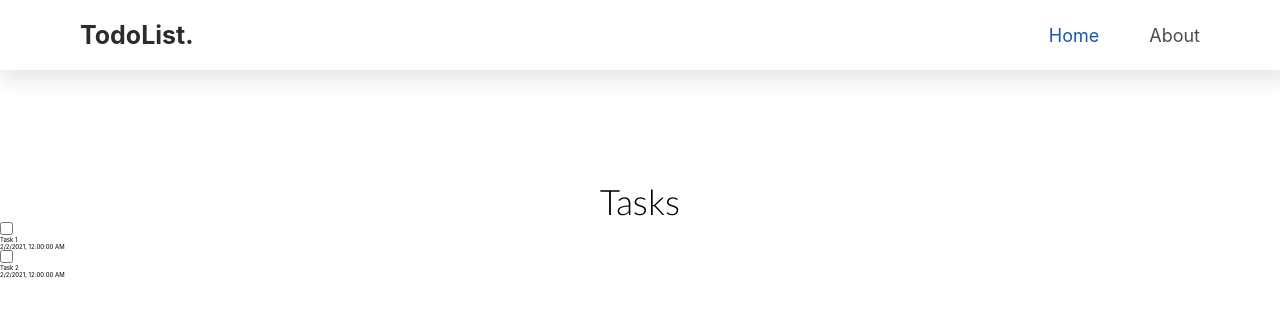
Repository: dqhuy153/react-todoList
Page: /
The author's editor kept a copy of each file at every save. The page is drawn from the files as they stood at one save, then again after the next save.
The browser window is 1280 px wide. The pictures show the whole page.
The project was rebuilt for these pictures with package versions that can differ from the ones it lists, and the page was loaded fresh each time. Also part of the build but not shown: src/components/UI/LoadingSpinner.module.scss, src/components/todos/TodoItem.module.scss, src/components/todos/TodoList.module.scss.

Above is the page before, as saved 2021-09-16 20:23:41.

### src/App.js
import React, { Suspense } from 'react';
import { Switch, Route } from 'react-router-dom';

import './App.css';
import Layout from './components/layout/Layout';
import LoadingSpinner from './components/UI/LoadingSpinner';

const Home = React.lazy(() => import('./components/pages/Home'));
const About = React.lazy(() => import('./components/pages/About'));

function App() {
  return (
    <Layout>
      <Suspense
        fallback={
          <div className="centered">
            <LoadingSpinner />
          </div>
        }
      >
        <Switch>
          <Route path="/" exact>
            <Home />
          </Route>
          <Route path="/about">
            <About />
          </Route>
          {/* <Route path="/products" exact>
          <Products />
        </Route>
        <Route path="/products/:productId">
          <ProductDetail />
        </Route> */}
        </Switch>
      </Suspense>
    </Layout>
  );
}

export default App;

### src/App.css
@import url('https://fonts.googleapis.com/css2?family=Lato:ital,wght@0,100;0,300;0,400;0,700;0,900;1,100;1,300;1,400;1,700;1,900&display=swap');

* {
  box-sizing: border-box;
  font-size: 62.5%;
  padding: 0;
  margin: 0;
}

.centered {
  margin: 3rem auto;
  text-align: center;
  display: flex;
  justify-content: center;
  align-items: center;
}

### src/components/layout/Layout.js
import React, { Fragment } from 'react';
import AppNavigation from './AppNavigation';

import styles from './Layout.module.scss';

export default function Layout(props) {
  return (
    <Fragment>
      <AppNavigation logoTitle="TodoList." />
      <main className={styles.main}>{props.children}</main>
    </Fragment>
  );
}

### src/components/UI/LoadingSpinner.js
import styles from './LoadingSpinner.module.scss';

const LoadingSpinner = () => {
  return <div className={styles.spinner}></div>;
};

export default LoadingSpinner;

### src/components/pages/Home.js
import React from 'react';
import TodoList from '../todos/TodoList';

import styles from './Home.module.scss';

const todoList = [
  {
    id: 1,
    title: 'Task 1',
    date: new Date('2/2/2021'),
    status: 0,
  },
  {
    id: 2,
    title: 'Task 2',
    date: new Date('2/2/2021'),
    status: 1,
  },
];

export default function Home(props) {
  return (
    <div className={styles.container}>
      <h1>Tasks</h1>
      <TodoList items={todoList} />
    </div>
  );
}

### src/components/layout/AppNavigation.js
import React from 'react';
import { NavLink } from 'react-router-dom';

import styles from './AppNavigation.module.scss';

export default function AppNavigation({ logoTitle = 'Demo.', ...props }) {
  return (
    <header className={styles.header}>
      <div className={styles.logo}>{logoTitle}</div>
      <nav>
        <ul>
          <li>
            <NavLink to="/" exact activeClassName={styles.active}>
              Home
            </NavLink>
          </li>
          <li>
            <NavLink to="/about" activeClassName={styles.active}>
              About
            </NavLink>
          </li>
        </ul>
      </nav>
    </header>
  );
}

### src/components/todos/TodoList.js
import React from 'react';
import TodoItem from './TodoItem';

import styles from './TodoList.module.scss';

export default function TodoList({ items, onChange, ...props }) {
  return (
    <ul className={styles.container}>
      {items.map((item) => (
        <li key={item.id}>
          <TodoItem
            id={item.id}
            title={item.title}
            date={item.date}
            status={item.status}
            checked={item.status}
            onChange={onChange}
          />
        </li>
      ))}
    </ul>
  );
}

### src/components/pages/Home.module.scss
.container {
  padding: 18rem 0;

  h1 {
    text-align: center;
    font-family: 'Lato', sans-serif;
    font-weight: 300;
    font-size: 3.5rem;
  }
}

### src/components/layout/AppNavigation.module.scss
.header {
  width: 100%;
  height: 7rem;
  display: flex;
  align-items: center;
  justify-content: space-between;
  background-color: #ffffff;
  padding: 0 8rem;
  box-shadow: 5px 5px 20px 5px rgba(0, 0, 0, 0.1);
  position: fixed;
}

.logo {
  font-size: 2.5rem;
  color: rgb(44, 44, 44);
  font-weight: bold;
}

.header ul {
  list-style: none;
  margin: 0;
  padding: 0;
  display: flex;
  align-items: baseline;
}

.header li {
  margin-left: 5rem;
}

.header a {
  text-decoration: none;
  font-size: 1.8rem;
  color: #4b4b4b;
}

.header a:hover,
.header a:active,
.header a.active {
  color: rgb(28, 83, 184);
}

### src/components/todos/TodoItem.js
import React, { useState } from 'react';

import styles from './TodoItem.module.scss';

export default function TodoItem({
  id,
  title,
  date,
  status,
  onStatusChange,
  ...props
}) {
  const [checked, setChecked] = useState(false);

  const handleChange = (e) => {
    setChecked(e.target.checked);
    onStatusChange(id);
  };

  return (
    <div className={styles.container}>
      <input type="checkbox" checked={checked} onChange={handleChange} />
      <p>{title}</p>
      <p>{date.toLocaleString()}</p>
    </div>
  );
}

Loaded but not shown: public/index.html (common file); src/index.js (common file); src/index.css (common file); src/reportWebVitals.js (common file); src/components/layout/Layout.module.scss (no stored copy; drawn as an empty file)

After the next save:
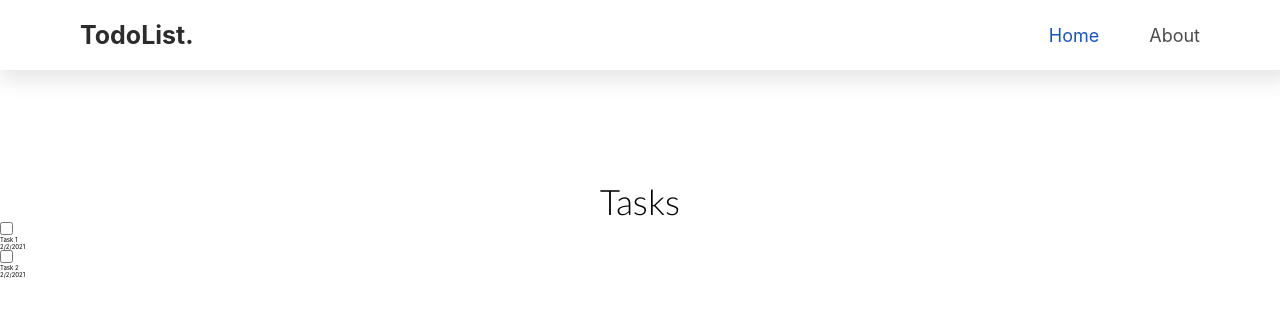
Saved 11 s later.
--- a/src/components/todos/TodoItem.js
+++ b/src/components/todos/TodoItem.js
@@ -21,7 +21,7 @@ export default function TodoItem({
     <div className={styles.container}>
       <input type="checkbox" checked={checked} onChange={handleChange} />
       <p>{title}</p>
-      <p>{date.toLocaleString()}</p>
+      <p>{date.toLocaleDateString()}</p>
     </div>
   );
 }

After the save that followed:
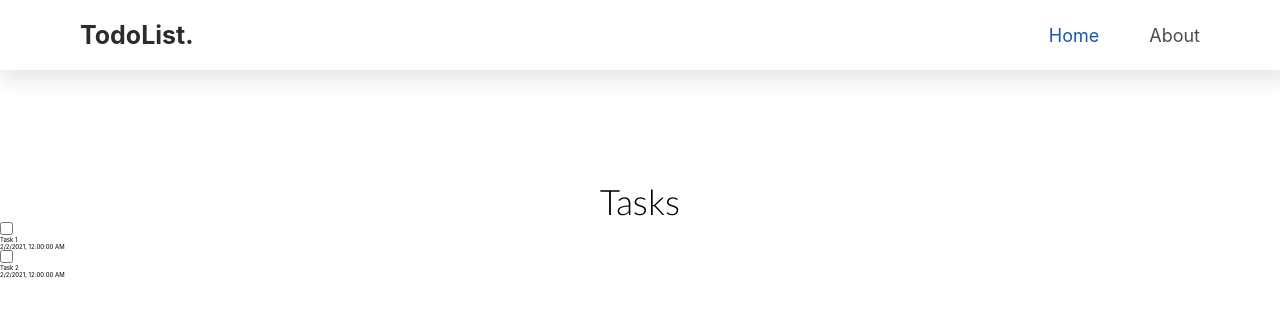
Saved 4 s later.
--- a/src/components/todos/TodoItem.js
+++ b/src/components/todos/TodoItem.js
@@ -21,7 +21,7 @@ export default function TodoItem({
     <div className={styles.container}>
       <input type="checkbox" checked={checked} onChange={handleChange} />
       <p>{title}</p>
-      <p>{date.toLocaleDateString()}</p>
+      <p>{date.toLocaleString()}</p>
     </div>
   );
 }
